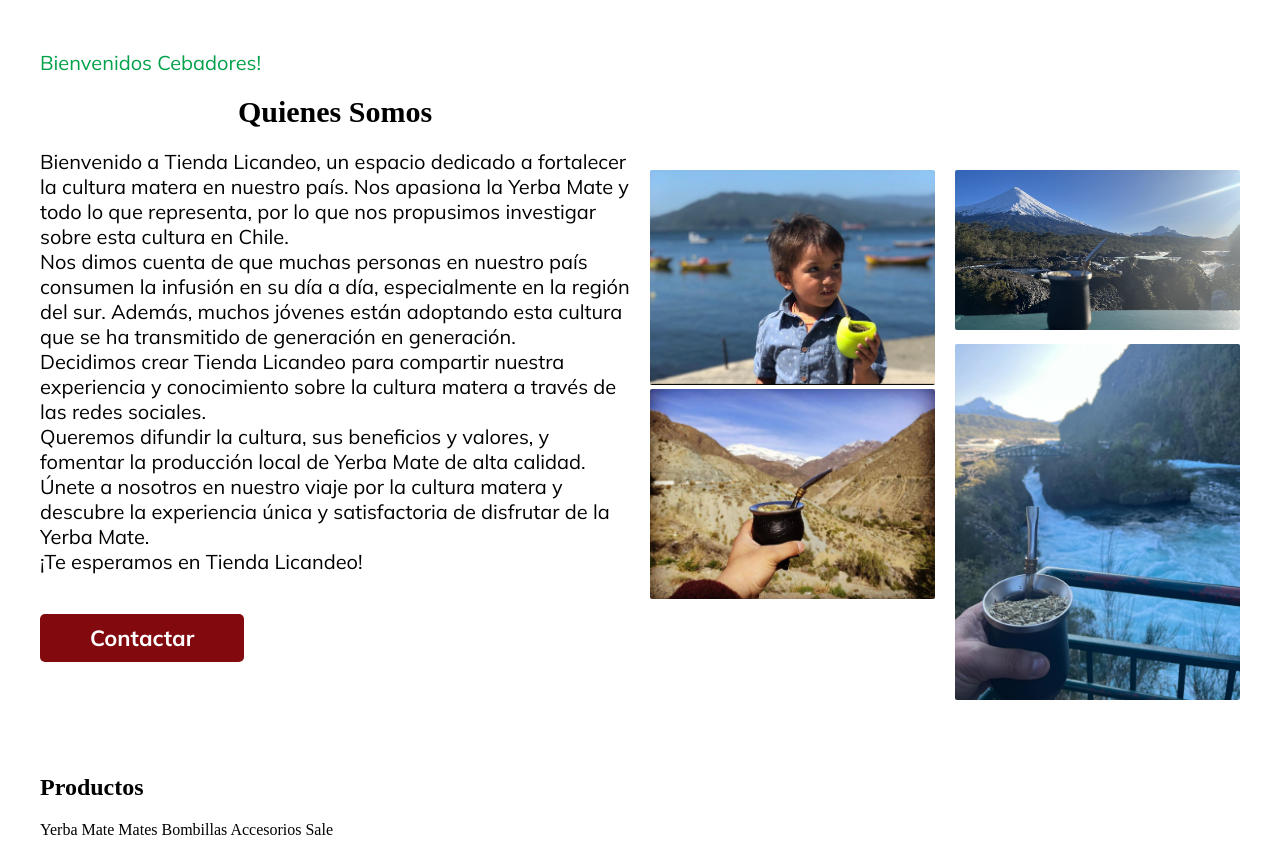
Repository: PiaTrujillo/LICANDEO-main
Page: index.html
An editor plug-in stored every save of this project. The page is shown before and after the next save, followed by the edit.
The browser window is 1280 px wide. The pictures show the part of the page from y = 748 to 1637 px (the page is 1597 px tall before and 1637 px after).
A picture or video elsewhere on the page could not be fetched, so the positions and the page height are approximate. Some web fonts or font styles are not loaded; a fallback is used. Some web libraries are served in a nearby version.

Above is the page before, as saved 2023-05-09 18:50:21.

After the next save:
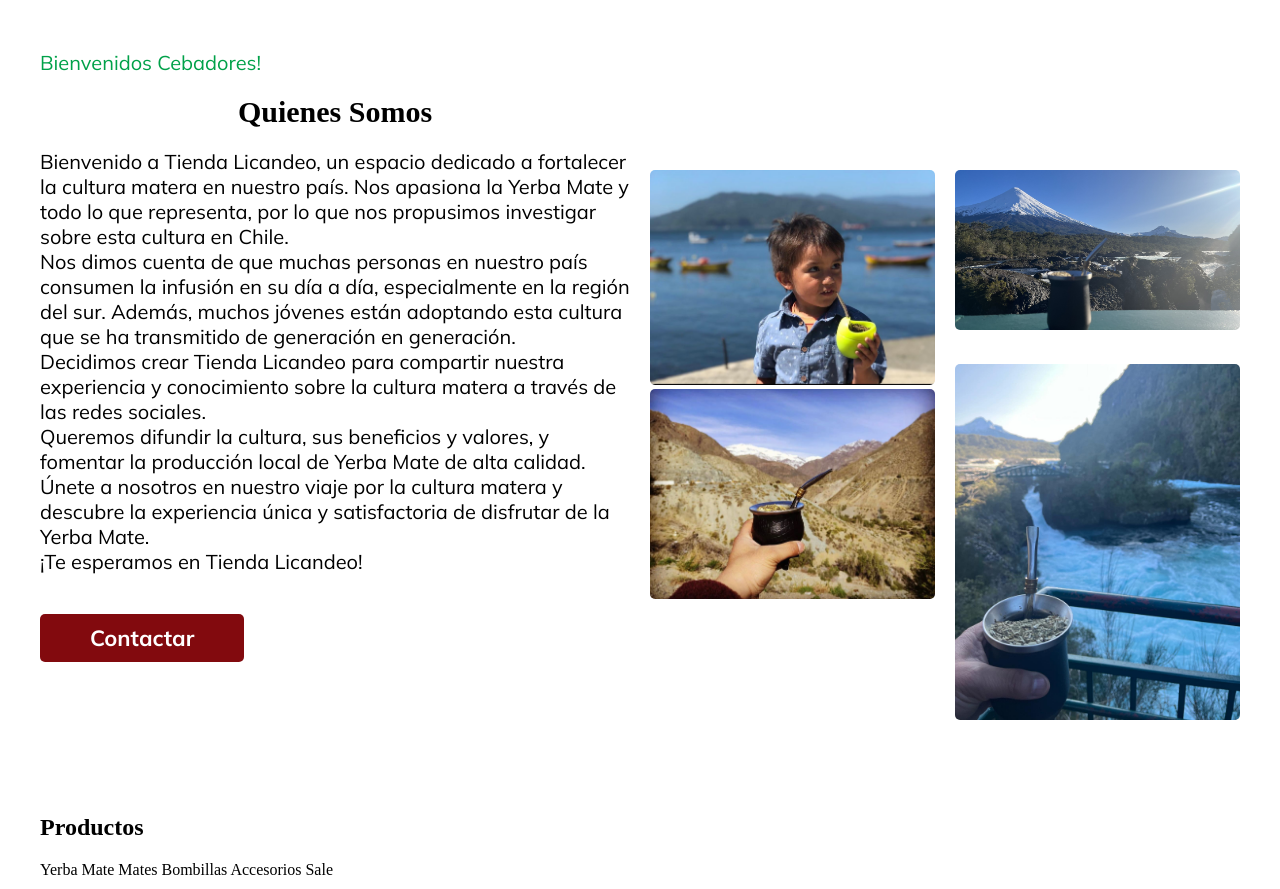
Saved 11 s later.
--- a/css/estilos.css
+++ b/css/estilos.css
@@ -285,9 +285,9 @@ video{
     flex: 0 0 calc(50% - 1rem);
 }
 .imagenes-nosotros img{
-    border-radius: 2px;
+    border-radius: 5px;
 }
 
 .imagenes2 img{
-    margin-bottom: 1rem;
-}
+    margin-bottom: 3rem;
+}
